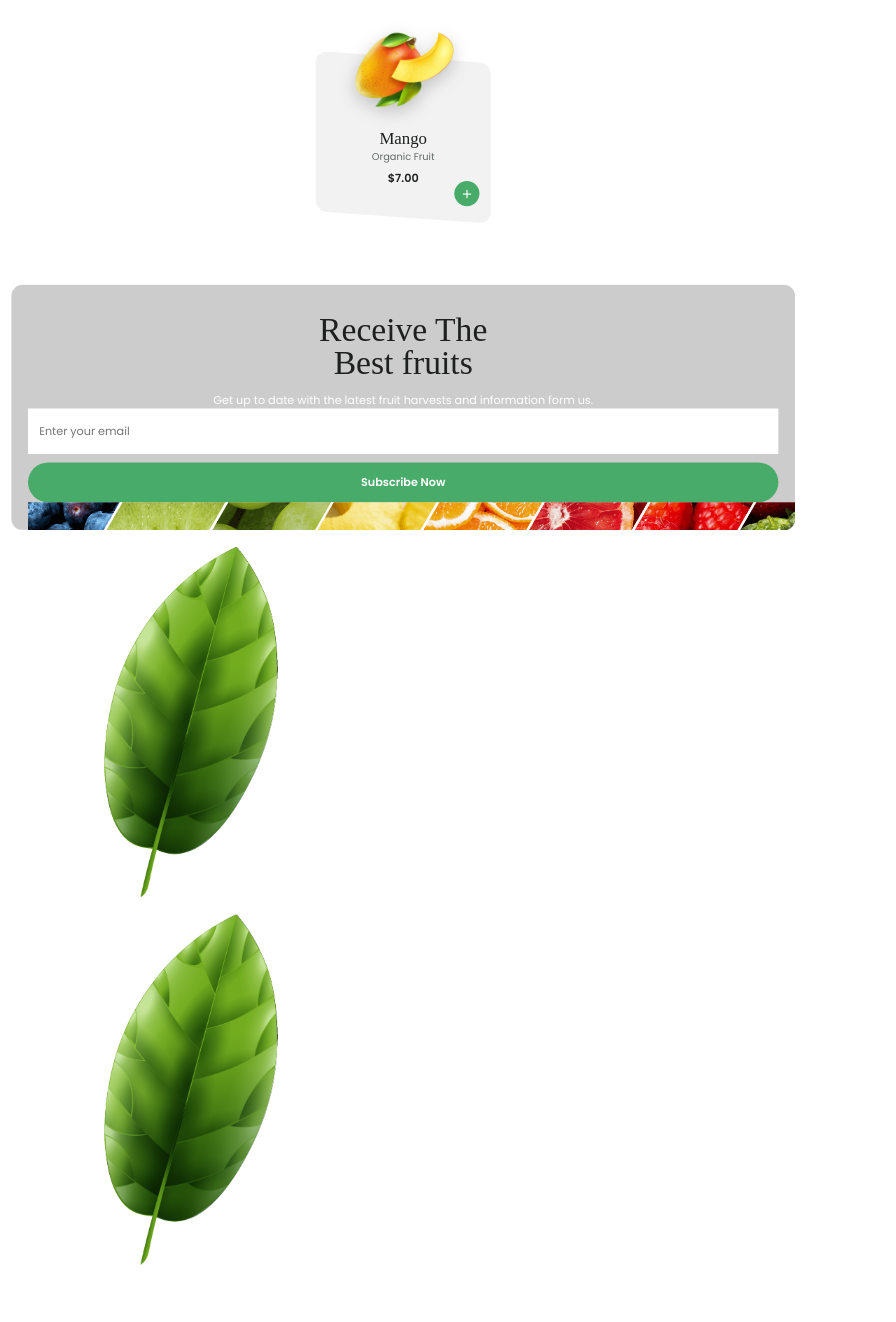
Repository: dinhhaidh/fruit
Page: index.html
The author's editor kept a copy of each file at every save. The page is drawn from the files as they stood at one save, then again after the next save.
The browser window is 1280 px wide. The pictures show the part of the page from y = 4181 to 6101 px (the page is 6069 px tall before and 6101 px after), at 70% of full size.
Some web fonts or font styles are not loaded; a fallback is used.

Above is the page before, as saved 2024-02-19 10:04:56.
Console error: ReferenceError: ScrollReveal is not defined

After the next save:
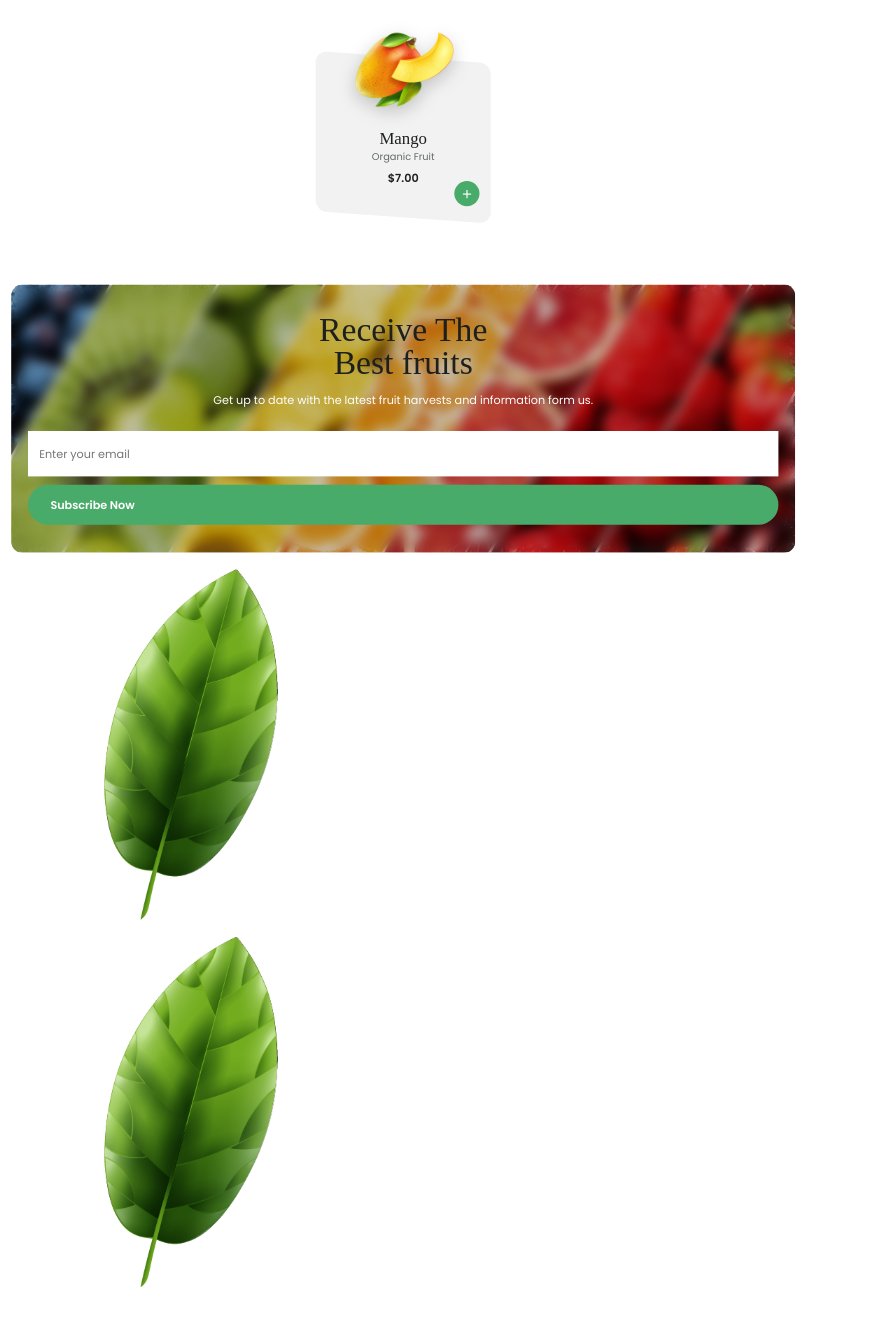
Saved 3 min 0 s later.
--- a/index.html
+++ b/index.html
@@ -213,12 +213,12 @@
                         <p class="join__desc">
                             Get up to date with the latest fruit harvests and information form us.
                         </p>
-                        <form action="" class="join__form">
-                            <input type="email" placeholder="Enter your email" class="join__input">
-                            <a href="#" class="join__button button">Subscribe Now</a>
-                        </form>
-                        <img src="./img/join-bg.png" alt="image" class="join__bg">
                     </div>
+                    <form action="" class="join__form">
+                        <input type="email" placeholder="Enter your email" class="join__input">
+                        <a href="#" class="join__button button">Subscribe Now</a>
+                    </form>
+                    <img src="./img/join-bg.png" alt="image" class="join__bg">
                 </div>
                 <img src="./img/leaf.png" alt="" class="join__img-1">
                 <img src="./img/leaf.png" alt="" class="join__img-2">
